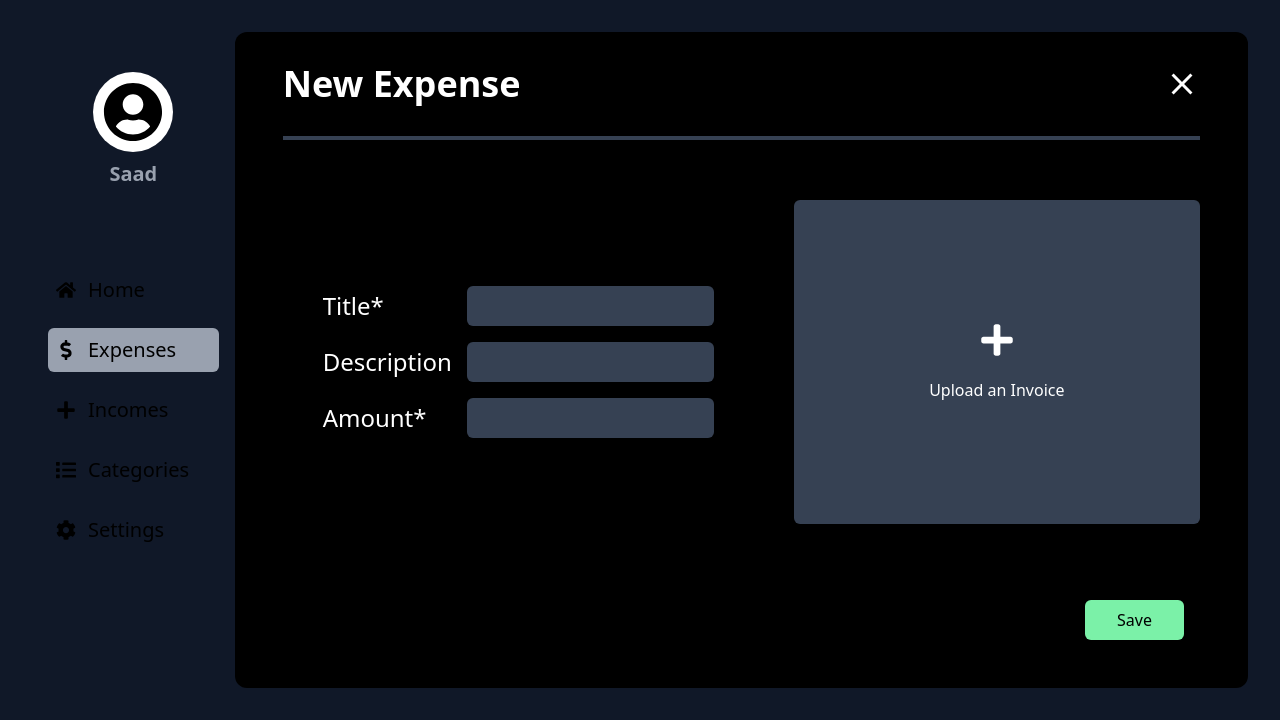
Repository: saad-naveed-brainx/Expense
Page: /expenses
These files come from the project's save history. The page is drawn as it stood at one moment and after a run of saves; the edit follows.
The browser window is 1280 px wide. The pictures show the whole page.
The project was rebuilt for these pictures with package versions that can differ from the ones it lists, and the page was loaded fresh each time. Also part of the build but not shown: vite.config.js, src/components/LandingPage.jsx, src/components/NotUsed.jsx.

Above is the page before, as saved 2025-09-04 17:15:57.

### index.html
<!doctype html>
<html lang="en">
  <head>
    <meta charset="UTF-8" />
    <link rel="icon" type="image/svg+xml" href="/vite.svg" />
    <link rel="stylesheet" href="/src/index.css" />
    <meta name="viewport" content="width=device-width, initial-scale=1.0" />
    <title>Vite + React</title>
  </head>
  <body>
    <div id="root"></div>
    <script type="module" src="/src/main.jsx"></script>
  </body>
</html>

### src/index.css
@import "tailwindcss";
@variant dark (.dark &);

### src/main.jsx
import { createRoot } from "react-dom/client";
import { Provider } from "react-redux";
import store from "./redux/store.js";
import "./index.css";
import App from "./App.jsx";

createRoot(document.getElementById("root")).render(

    <Provider store={store}>
      <App />
    </Provider>
);

### src/redux/store.js
import {configureStore} from '@reduxjs/toolkit'
import expenseReducer from './ExpenseSlice'
import themeReducer from './ThemeSlics'

export default configureStore({
    reducer: {
        expense: expenseReducer,
        theme: themeReducer,
    },
})

### src/App.jsx

import { Route,createBrowserRouter,createRoutesFromElements,RouterProvider } from 'react-router-dom'
import RootLayout from './components/RootLayout'
import LandingPage from './components/LandingPage'
import Expenses from './components/Expenses'
import NotUsed from './components/NotUsed'

function App() {

  const router = createBrowserRouter(
    createRoutesFromElements(
      <Route path='/' element={<RootLayout />}>
        <Route index element={<LandingPage />} />
        <Route path='/expenses' element={<Expenses />} />
        <Route path='/incomes' element={<NotUsed pageName="Incomes" />} />
        <Route path='/categories' element={<NotUsed pageName="Categories" />} />
        <Route path='/settings' element={<NotUsed pageName="Settings" />} />
      </Route>
    )
  )

  return (
    <RouterProvider router={router} />
  )
}

export default App

### src/redux/ExpenseSlice.js
import {createSlice } from '@reduxjs/toolkit'
import { v4 as uuidv4 } from 'uuid'


const initialState = {
    expenses: [{
        id: uuidv4(),
        amount: 0,
        date: null,
        category: '',
        description: '',
    }],
}


const expenseSlice = createSlice({
    name: 'expenseSlice',
    initialState,
    reducers:{
        addExpense: (state, action) =>{
            const newExpense = {
                id: uuidv4(),
                amount: action.payload.amount,
                date: new Date().toISOString(),
                category: action.payload.category,
                description: action.payload.description,
                title: '',
            }
            state.expenses.push(newExpense)
        },
        deleteExpense: (state, action) =>{
            state.expenses = state.expenses.filter(expense => expense.id !== action.payload.id)
            },
        editExpense: (state, action) =>{
            const index = state.expenses.findIndex(expense => expense.id === action.payload.id)
            if(index !== -1){
                state.expenses[index] = action.payload
            }
        },
    }
})

export const { addExpense, deleteExpense, editExpense } = expenseSlice.actions
export default expenseSlice.reducer

### src/redux/ThemeSlics.js
import { createSlice } from '@reduxjs/toolkit'

const initialState = {
    isDarkMode: localStorage.getItem('isDarkMode')? JSON.parse(localStorage.getItem('isDarkMode')):true,
}

const themeSlice = createSlice({
    name: 'themeSlice',
    initialState,
    reducers: {
        toggleTheme: (state) => {
            state.isDarkMode = !state.isDarkMode;
            localStorage.setItem('isDarkMode', JSON.stringify(state.isDarkMode));
        }
    }
})

export const { toggleTheme } = themeSlice.actions;

export default themeSlice.reducer;

### src/components/RootLayout.jsx
import React from 'react'
import LeftSection from './LeftSection'

import { Outlet } from 'react-router-dom'

export default function RootLayout() {
  return (
    <div className="flex w-full h-screen p-8 bg-gray-900">
      <div className="w-1/6">
        <LeftSection />
      </div>
      <div className="w-5/6"> <Outlet /></div>
    </div>
  );
}

### src/components/Expenses.jsx
import React from 'react'
import { IoMdClose } from "react-icons/io";
import { FaPlus } from "react-icons/fa";
import { useForm } from "react-hook-form"

export default function Expenses() {
  const {
    register,
    handleSubmit,
    watch,
    formState: { errors },
  } = useForm()

  const onSubmit = (data) => console.log(data)


  return (
    <div className='bg-black rounded-xl p-4 h-full flex flex-col py-8 px-12 text-white gap-15'>
      <div className='flex flex-col gap-8'>
      <div className='flex items-center justify-between'>
        <h1 className='text-white text-4xl font-bold'>New Expense</h1>
        <button className='text-white'>
          <IoMdClose className='text-4xl' />
        </button>
      </div>
      {/* horizontal line */}
      <div className='w-full h-1 bg-gray-700'></div>
      </div>

      <div className='flex items-center justify-evenly h-full gap-10'>
        <div className='w-full'>
          <form className='p-10 flex flex-col gap-4' onSubmit={handleSubmit(onSubmit)}>
            <div className='flex gap-4 items-center'>
              <h1 className='text-2xl w-32 shrink-0'>Title*</h1>
              <input type="text" className='bg-gray-700 rounded-md p-2 flex-1 min-w-0' {...register("title", {required:true})} />
            </div>
            <div className='flex gap-4 items-center'>
              <h1 className='text-2xl w-32 shrink-0'>Description</h1>
              <input type="text" className='bg-gray-700 rounded-md p-2 flex-1 min-w-0' {...register("description")} />
            </div>
            <div className='flex gap-4 items-center'>
              <h1 className='text-2xl w-32 shrink-0'>Amount*</h1>
              <input type="number" className='bg-gray-700 rounded-md p-2 flex-1 min-w-0' {...register("amount", {required:true})} />

            </div>
          </form>
        </div>
        <div className='bg-gray-700 rounded-md p-2 h-full w-full flex flex-col gap-5 items-center justify-center cursor-pointer'>
          <FaPlus className='text-4xl' />
          <h1>Upload an Invoice</h1>
        </div>
      </div>

      <div className='flex items-center justify-end p-4'>
          <button type='submit' className='bg-green-300 rounded-md p-2 text-black px-8 py-2
          '>Save</button>
      </div>
    </div>

  )
}

### src/components/LeftSection.jsx
import React from "react";
import { FaUserCircle } from "react-icons/fa";
import NavCard from "./NavCard";
import { FaHome, FaDollarSign, FaPlus, FaList, FaCog } from "react-icons/fa";

const navJson = [
  {
    path: "/",
    title: "Home",
    icon: FaHome,
  },
  {
    path: "/expenses",
    title: "Expenses",
    icon: FaDollarSign,
  },
  {
    path: "/incomes",
    title: "Incomes",
    icon: FaPlus,
  },
  {
    path: "/categories",
    title: "Categories",
    icon: FaList,
  },
  {
    path: "/settings",
    title: "Settings",
    icon: FaCog,
  },
];

export default function LeftSection() {
  return (
    <div className="flex flex-col items-center justify-center p-4 pt-10 gap-20">
      <div className="flex flex-col items-center justify-center gap-2">
        <div className="rounded-full bg-white w-20 h-20 flex items-center justify-center">
          <FaUserCircle className="text-black text-6xl" />
        </div>
        <div className="text-gray-400 text-xl font-bold">Saad</div>
      </div>
      <div className="flex flex-col items-center justify-center gap-4 w-full">
        {navJson.map((item) => (
          <NavCard
            key={item.title}
            title={item.title}
            path={item.path}
            icon={item.icon}
          />
        ))}
      </div>
    </div>
  );
}

### src/components/NavCard.jsx
import React from "react";
import { NavLink } from "react-router-dom";

export default function NavCard({ title, icon: Icon, path }) {
    return (
        <NavLink
            to={path}
            className={({ isActive }) => `flex items-center justify-start cursor-pointer gap-3 p-2 rounded-md w-full ${isActive ? 'bg-gray-400' : ''}`}
        >
            {({ isActive }) => (
                <>
                    <Icon className={`text-black text-xl dark:text-white`} />
                    <h1 className={`text-black text-xl dark:text-white`}>{title}</h1>
                </>
            )}
        </NavLink>
    )
}

After the next 2 saves:
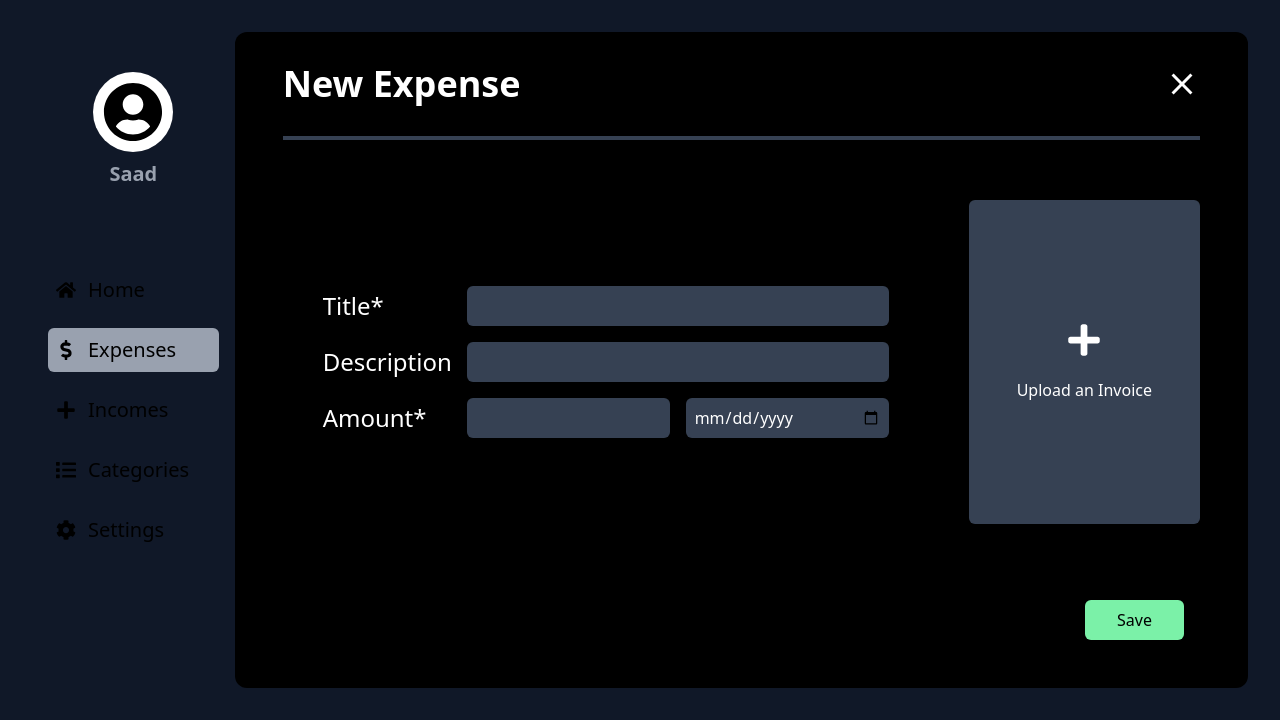
The 2 saves are shown as one change because they came seconds apart.
The last was saved 31 s later.
--- a/src/components/Expenses.jsx
+++ b/src/components/Expenses.jsx
@@ -41,7 +41,7 @@ export default function Expenses() {
             <div className='flex gap-4 items-center'>
               <h1 className='text-2xl w-32 shrink-0'>Amount*</h1>
               <input type="number" className='bg-gray-700 rounded-md p-2 flex-1 min-w-0' {...register("amount", {required:true})} />
-
+              <input type="date" className='bg-gray-700 rounded-md p-2 flex-1 min-w-0' {...register("date", {required:true})} />
             </div>
           </form>
         </div>
